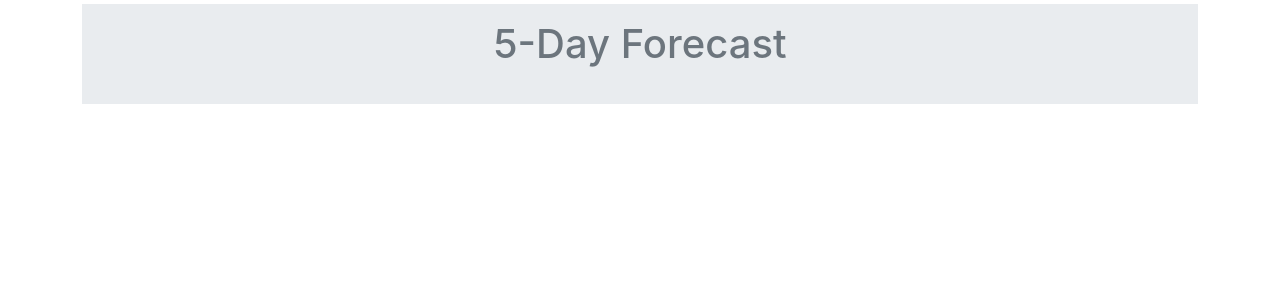
Repository: eidankhan/expenses-calculator
Page: /
The author's editor kept a copy of each file at every save. The page is drawn from the files as they stood at one save, then again after the next save.
The browser window is 1280 px wide. The pictures show the whole page.
The project was rebuilt for these pictures with package versions that can differ from the ones it lists, and the page was loaded fresh each time. Also part of the build but not shown: src/App.css.

Above is the page before, as saved 2021-11-26 11:27:15.

### public/index.html
<!DOCTYPE html>
<html lang="en">
  <head>
    <meta charset="utf-8" />
    <link rel="icon" href="%PUBLIC_URL%/favicon.ico" />
    <meta name="viewport" content="width=device-width, initial-scale=1" />
    <meta name="theme-color" content="#000000" />
    <meta
      name="description"
      content="Web site created using create-react-app"
    />
    <link rel="apple-touch-icon" href="%PUBLIC_URL%/logo192.png" />
    <link rel="manifest" href="%PUBLIC_URL%/manifest.json" />
    <!-- CSS only -->
    <link
      href="https://cdn.jsdelivr.net/npm/bootstrap@5.1.3/dist/css/bootstrap.min.css"
      rel="stylesheet"
      integrity="sha384-1BmE4kWBq78iYhFldvKuhfTAU6auU8tT94WrHftjDbrCEXSU1oBoqyl2QvZ6jIW3"
      crossorigin="anonymous"
    />
    <title>Weather Forecast App</title>
  </head>
  <body>
    <noscript>You need to enable JavaScript to run this app.</noscript>
    <div id="root"></div>
    <!-- JavaScript Bundle with Popper -->
    <script
      src="https://cdn.jsdelivr.net/npm/bootstrap@5.1.3/dist/js/bootstrap.bundle.min.js"
      integrity="sha384-ka7Sk0Gln4gmtz2MlQnikT1wXgYsOg+OMhuP+IlRH9sENBO0LRn5q+8nbTov4+1p"
      crossorigin="anonymous"
    ></script>
  </body>
</html>

### src/App.js

import './App.css';
import { Forecast } from './components/Forecast';

function App() {
  return (
    <div className="container">
      <Forecast/>
    </div>
  );
}

export default App;

### src/components/Forecast.js
import React from 'react'

export const Forecast = () => {
    return (
        <div className="container text-center my-1" style={{backgroundColor:"#E9ECEF", height:"100px"}}>
            <h1 className="text-muted py-3"> 5-Day Forecast </h1>
        </div>
    )
}

Loaded but not shown: src/index.js (common file); src/index.css (common file)

After the next save:
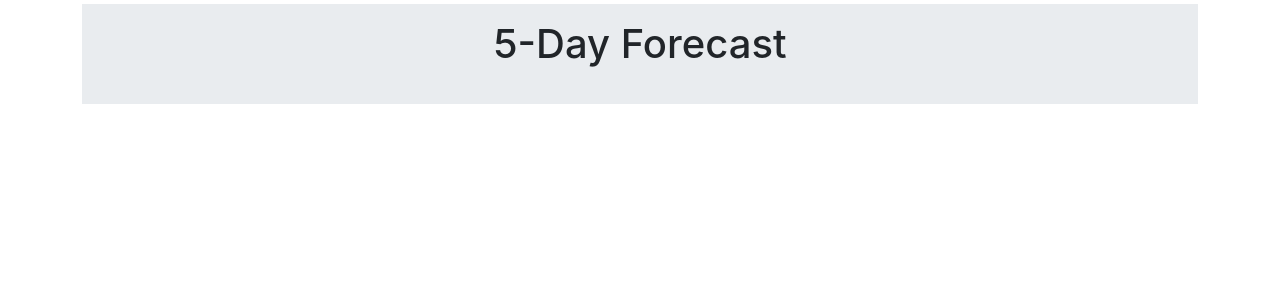
Saved 16 s later.
--- a/src/components/Forecast.js
+++ b/src/components/Forecast.js
@@ -3,7 +3,7 @@ import React from 'react'
 export const Forecast = () => {
     return (
         <div className="container text-center my-1" style={{backgroundColor:"#E9ECEF", height:"100px"}}>
-            <h1 className="text-muted py-3"> 5-Day Forecast </h1>
+            <h1 className="py-3"> 5-Day Forecast </h1>
         </div>
     )
 }
